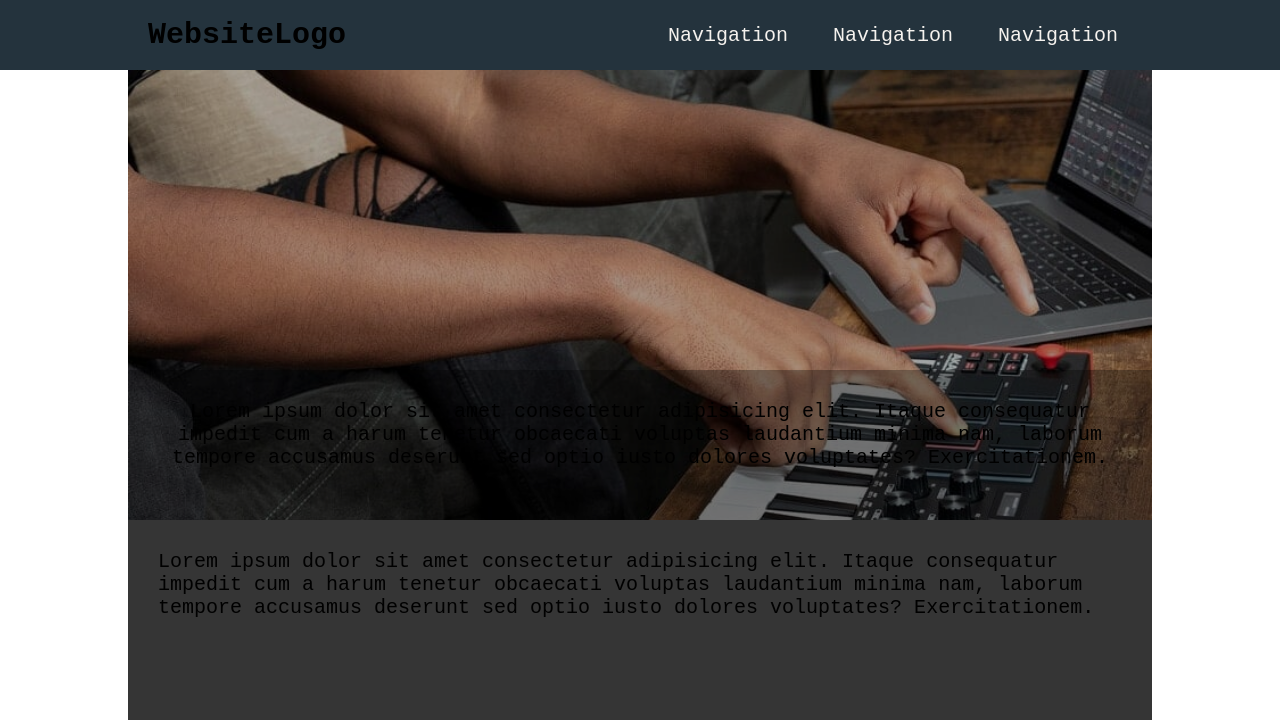
Repository: piotrokrutniak/Projekt-Studia
Page: index.html
The author's editor kept a copy of each file at every save. The page is drawn from the files as they stood at one save, then again after the next save.
The browser window is 1280 px wide. The pictures show the whole page.

Above is the page before, as saved 2023-03-04 14:16:40.

### index.html
<!DOCTYPE html>
<head>
    <meta charset="UTF-8" />
    <meta http-equiv="X-UA-Compatible" content="IE=edge" />
    <meta name="viewport" content="width=device-width, initial-scale=1.0" />
    <link rel="stylesheet" type="text/css" href="styles.css" />
    <title>Website Title</title>
</head>
<body>
    <div class="navbar-container">
        <div class="navbar">
            <div class="logo">
                <div class="logo-contents">
                    WebsiteLogo
                </div>
            </div>
            <div class="navigation">
                <a href="/index" class="navigation-link">
                    <div class="navigation-button">
                        Navigation
                    </div>
                </a>
                <a href="/index" class="navigation-link">
                    <div class="navigation-button">
                        Navigation
                    </div>
                </a>
                <a href="/index" class="navigation-link">
                    <div class="navigation-button">
                        Navigation
                    </div>
                </a>
            </div>
        </div>
    </div>

    <div class="main-section">
        <div class="carousel-section">
            <img class="carousel-img" src="img/Hero-2.jpg" alt="MIDI controller on a table">
            <div class="carousel-desc">
                Lorem ipsum dolor sit amet consectetur adipisicing elit. Itaque consequatur impedit cum a harum tenetur obcaecati voluptas laudantium minima nam, laborum tempore accusamus deserunt sed optio iusto dolores voluptates? Exercitationem.

            </div>
        </div>
        <div class="text-section">
        Lorem ipsum dolor sit amet consectetur adipisicing elit. Itaque consequatur impedit cum a harum tenetur obcaecati voluptas laudantium minima nam, laborum tempore accusamus deserunt sed optio iusto dolores voluptates? Exercitationem.
        </div>
    </div>
</body>

### styles.css
:root{
    --nav-link-width: 150px;
}

body{
    font-family: monospace;
    margin: 0;
    min-width: 328px;
}

.navbar-container{
    width: 100%;
    height: 70px;
    background: rgb(36, 51, 61);
    position: sticky;
    top: 0;
    max-width: 100%;
    overflow: hidden;

}

.navbar{
    position: relative;
    max-width: 1024px;
    min-width: 328px;
    height: 50px;
    top: 0px;
    margin: auto;
    display: flex;
    flex-direction:row;
    justify-content: space-between;
    top: 50%;
    -ms-transform: translateY(-50%);
    transform: translateY(-50%);
    font-size: 20px;
}

a{
    text-decoration: none;
    color:rgba(245, 242, 238);
}

.navigation{
    display: grid;
    grid-template-columns: var(--nav-link-width) var(--nav-link-width) var(--nav-link-width);
    grid-gap: 15px;
    padding-right: 20px;
}

.navigation-link{
    position: relative;
    padding-left: 15px;
    padding-right: 15px;
    transition: 0.15s;
    transition-timing-function: ease-in-out;
    border: 1px solid;
    border-radius: 5px;
    border-color: rgba(255, 255, 255, 0);
}

.navigation-link:hover{
    border-color: rgba(255, 255, 255, 0.103);

}

.navigation-button{
    text-align: center;
    position: relative;
    top: 50%;
    -ms-transform: translateY(-50%);
    transform: translateY(-50%);
}

.logo{
    position: relative;
    height: 49px;
    padding-left: 20px;
    padding-right: 20px;
    font-weight: 900;
    font-size: 30px;
}

.logo-contents{
    text-align: center;
    position: relative;
    top: 50%;
    -ms-transform: translateY(-50%);
    transform: translateY(-50%);
}

.main-section{
    position: relative;
    max-width: 1024px;
    min-width: 328px;
    min-height: calc(100vh - 70px);
    margin: auto;
    font-size: 20px;
    background: rgb(53, 53, 53);
}

.carousel-section{
    position: relative;
    width: 100%;
    height: 450px;
    background: floralwhite;
}

@media screen and (max-width:750px){
    .carousel-section{
        min-height: 300px;
        height: auto;
    }
}

.carousel-section{
    background: black;
    max-width: 100%;
    width: 100%;
    text-align:center;
    position: sticky;
    margin: auto;
    max-height:calc(100vh - 80px);
    min-height: 250px;
    overflow: hidden;
}

.carousel-img{
    width: 100%;
    max-height:calc(100vh - 80px);
    display: flex;
    position: sticky;
    flex-shrink:0;
    object-fit:cover;
    min-height: 250px;
    object-fit: cover;
    opacity: 0.65;
}

.carousel-desc{
    position: absolute;
    bottom: 0px;
    width: calc(100% - 60px);
    max-width: 100%;
    background: rgba(0, 0, 0, 0.315);
    height: 20%;
    min-height: 50px;
    max-width: 1024px;
    min-width: 328px;
    padding: 30px;
}

.text-section{
    padding: 30px;
}

After the next save:
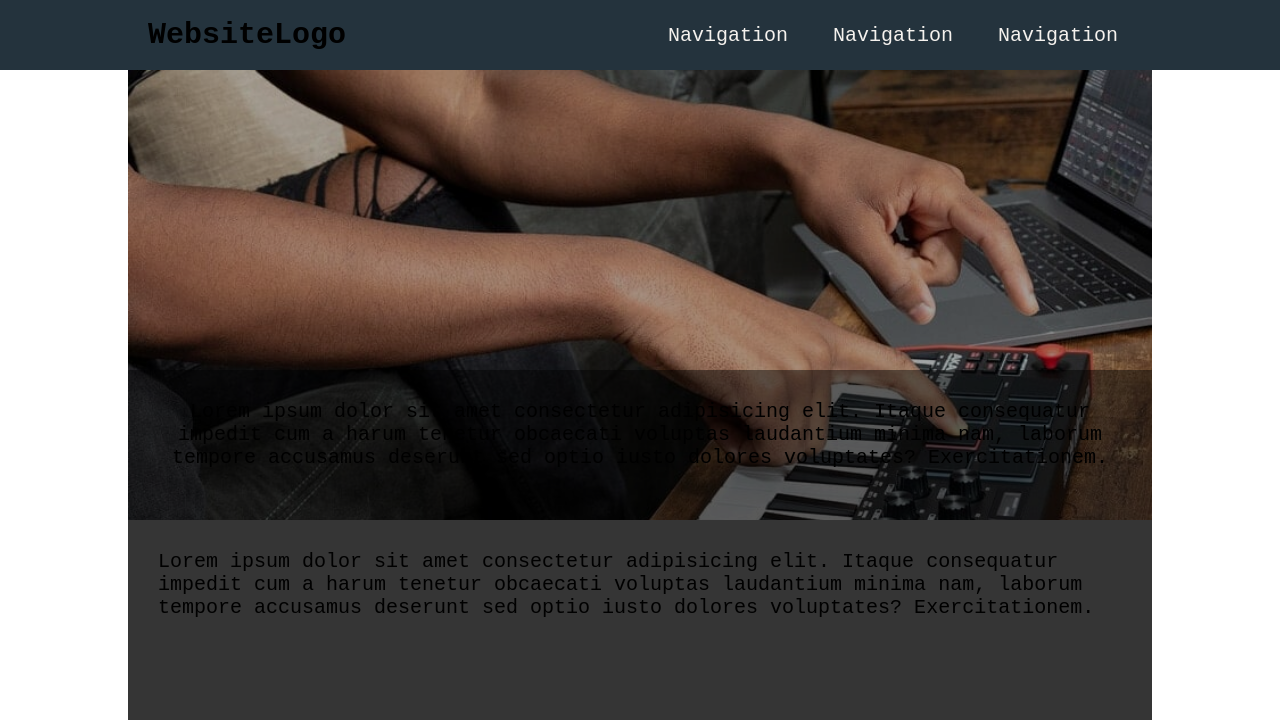
Saved 8 s later.
--- a/styles.css
+++ b/styles.css
@@ -141,7 +141,7 @@ a{
     bottom: 0px;
     width: calc(100% - 60px);
     max-width: 100%;
-    background: rgba(0, 0, 0, 0.315);
+    background: rgba(0, 0, 0, 0.459);
     height: 20%;
     min-height: 50px;
     max-width: 1024px;
